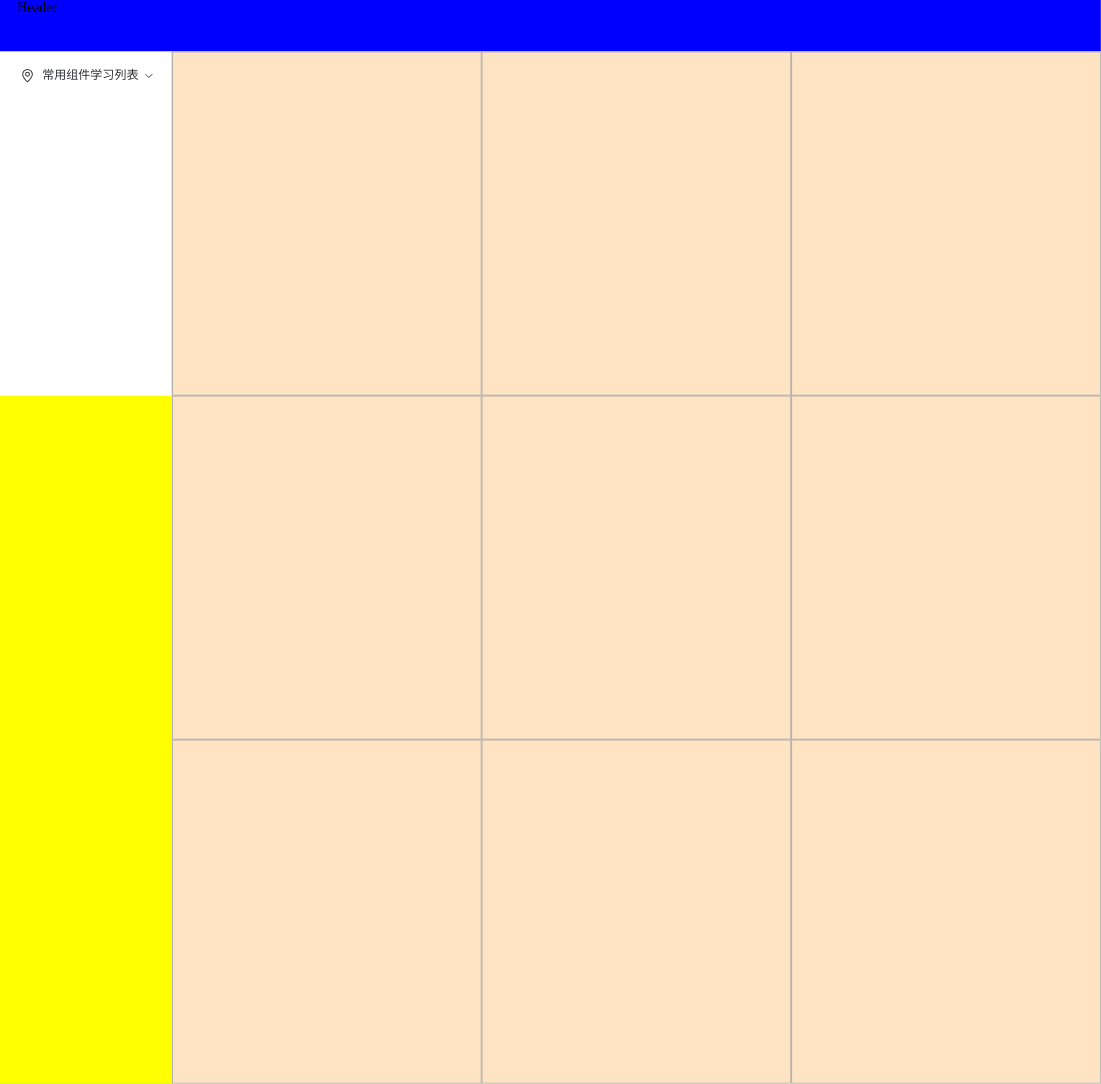
Repository: 553559555/vue3-project
Page: /#/index (app in vue3-app/)
These files come from the project's save history. The page is drawn as it stood at one moment and after the next save; the edit follows.
The browser window is 1280 px wide. The pictures show the whole page, at 86% of full size.
The project was rebuilt for these pictures with package versions that can differ from the ones it lists, and the page was loaded fresh each time. Also part of the build but not shown: vue3-app/vite.config.ts.

Above is the page before, as saved 2025-03-24 10:38:00.

After the next save:
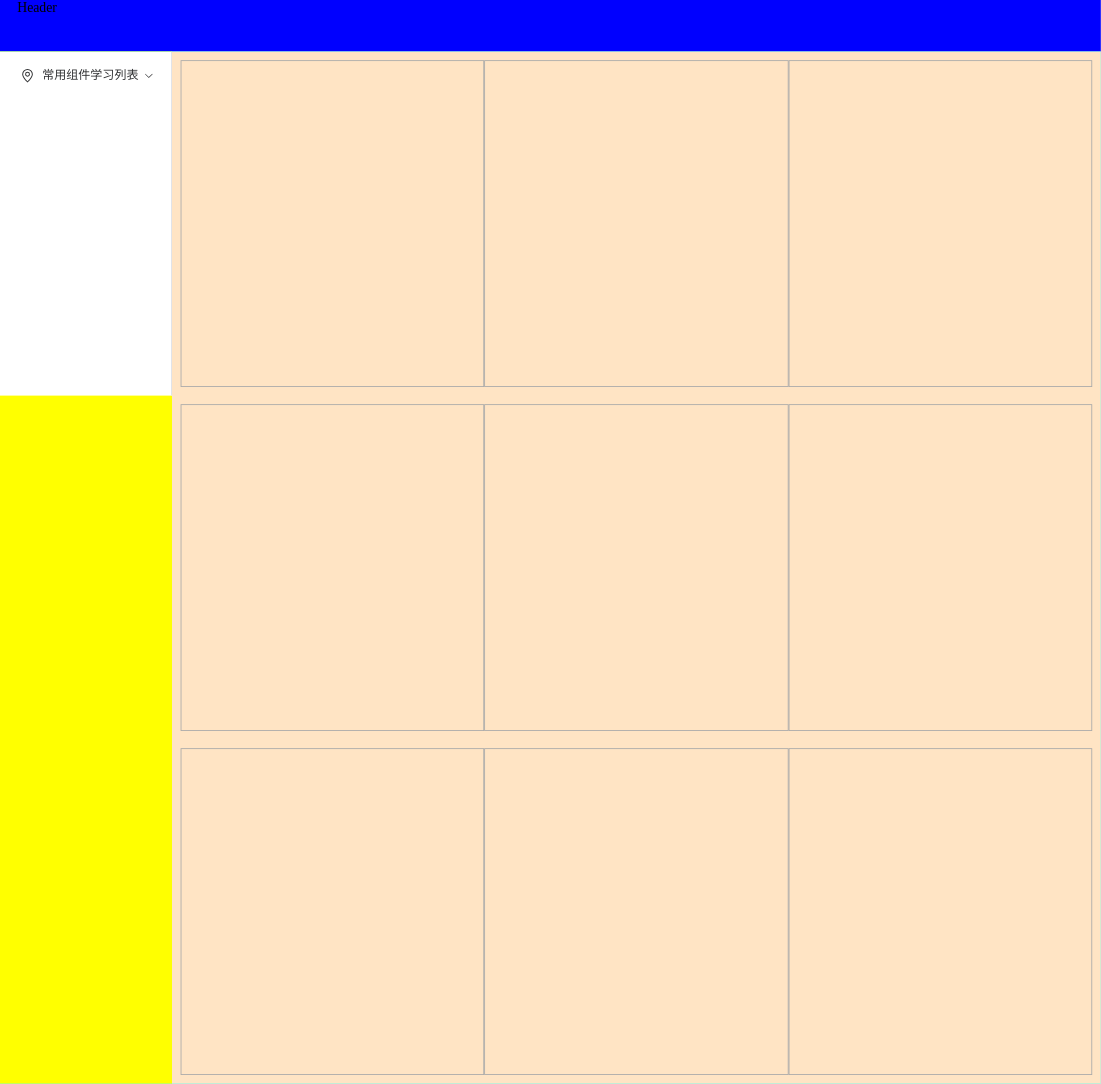
Saved 15 s later.
--- a/vue3-app/src/views/Home.vue
+++ b/vue3-app/src/views/Home.vue
@@ -50,7 +50,7 @@
   box-sizing: border-box;
 
   .row {
-    // padding: 10px;
+    padding: 10px;
     height: 400px;
 
     .el-col {
